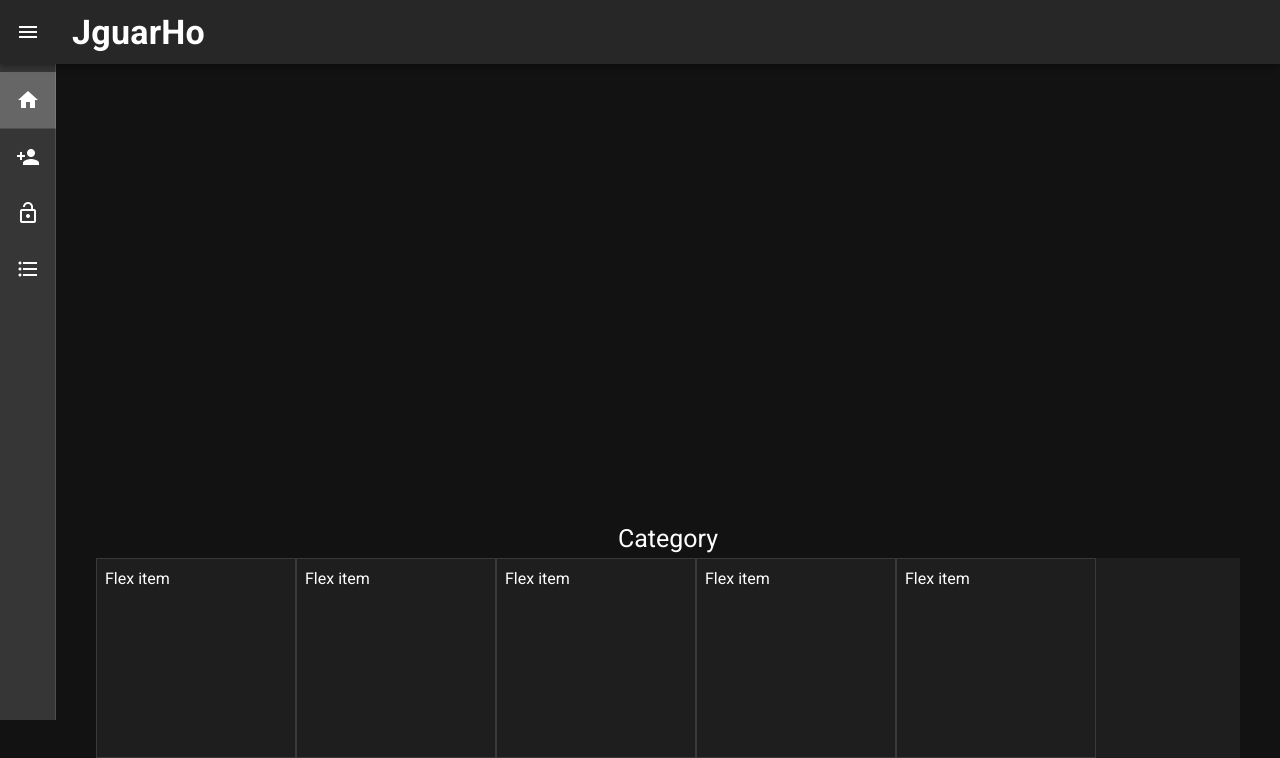
Repository: agent501/MRMS
Page: /
An editor plug-in stored every save of this project. The page is shown before and after the next save, followed by the edit.
The browser window is 1280 px wide. The pictures show the whole page.
The page's requests for data from a server got no answer. The project was rebuilt for these pictures with package versions that can differ from the ones it lists, and the page was loaded fresh each time. No one was signed in, and anything a server would have sent is missing. Also part of the build but not shown: vue.config.js, src/components/Product/products.vue, src/components/Product/product.vue, src/components/Product/createproduct.vue, src/components/User/signin.vue, src/components/User/signup.vue, src/components/User/profile.vue, src/components/Shared/Alert.vue and 2 more. Imported but missing from the stored project, and not drawn on this page: src/router/auth-guard.js.

Above is the page before, as saved 2020-08-05 11:18:53.

### src/main.js
import Vue from 'vue';
import App from './App.vue';
import router from './router';
import { store } from './store';
import alert from './components/Shared/Alert.vue';
import vuetify from './plugins/vuetify';
import { fb } from './components/firebase/firebase.js';
import * as firebase from 'firebase';
import editproductdiaglog from './components/Product/Edit/editproductdialog.vue';
import editprogressbar from './components/Product/Edit/editprogressbar.vue';

Vue.component('app-alert', alert);
Vue.component('app-edit-product', editproductdiaglog);
Vue.component('app-edit-progress', editprogressbar);

Vue.config.productionTip = false;

new Vue({
  router,
  store,
  vuetify,
  render: (h) => h(App),
  created() {
    fb;
    firebase.auth().onAuthStateChanged((user) => {
      if (user) {
        this.$store.dispatch('autosignin', user);
      }
    });
    this.$store.dispatch('loadProducts');
  },
}).$mount('#app');

### src/App.vue
<template>
  <v-app>
    <v-navigation-drawer v-model="drawer" :mini-variant.sync="mini" app clipped dense permanent>
      <v-list>
        <v-list-item to="/">
          <v-list-item-icon>
            <v-icon medium>home</v-icon>
          </v-list-item-icon>

          <v-list-item-content>
            <v-list-item-title>Home</v-list-item-title>
          </v-list-item-content>
        </v-list-item>

        <v-divider></v-divider>
        <v-list-item v-for="item in menuItems" :key="item.title" router :to="item.link">
          <v-list-item-icon>
            <v-icon medium>{{ item.icon }}</v-icon>
          </v-list-item-icon>

          <v-list-item-content>
            <v-list-item-title>{{ item.text }}</v-list-item-title>
          </v-list-item-content>
        </v-list-item>
        <v-list-item v-if="userIsAuthenticated || adminIsAuthenticated" @click="onLogout">
          <v-list-item-icon>
            <v-icon>exit_to_app</v-icon>
          </v-list-item-icon>
          <v-list-item-content>Logout</v-list-item-content>
        </v-list-item>
      </v-list>
    </v-navigation-drawer>

    <v-app-bar app clipped-left>
      <v-app-bar-nav-icon @click.stop="mini=!mini"></v-app-bar-nav-icon>
      <v-toolbar-title class="font-weight-bold display-1">
        <router-link to="/" tag="span" style="cursor:pointer">JguarHo</router-link>
      </v-toolbar-title>
    </v-app-bar>

    <!-- Page Content -->
    <v-content>
      <router-view></router-view>
    </v-content>

    <!-- <v-footer>
      <span>JguarHo &copy; Copyright Reserved</span>
    </v-footer>-->
  </v-app>
</template>

<script>
// import HelloWorld from './components/HelloWorld';

export default {
  name: 'App',

  components: {
    // HelloWorld,
  },
  props: {
    source: String
  },
  data: () => ({
    mini: true,
    drawer: true
    // items: [
    //   { icon: 'lock_open', text: 'Sign In', link: '/signin' },
    //   { icon: 'home', text: 'Home', link: '/' },
    //   { icon: 'list', text: 'All Products', link: '/products' },
    //   { icon: 'help_outline', text: 'About Us', link: '' }
    // ]
  }),
  computed: {
    menuItems() {
      let items = [
        { icon: 'person_add', text: 'Sign Up', link: '/signup' },
        { icon: 'lock_open', text: 'Sign In', link: '/signin' },

        {
          icon: 'format_list_bulleted',
          text: 'All Products',
          link: '/products'
        }
        // { icon: 'person', text: 'About Us', link: '' }
      ];
      if (this.adminIsAuthenticated) {
        items = [
          {
            icon: 'create_new_folder',
            text: 'Create Product',
            link: '/createproduct'
          },
          {
            icon: 'format_list_bulleted',
            text: 'All Products',
            link: '/products'
          },
          {
            icon: 'person',
            text: 'Profile',
            link: '/profile/' + this.adminIsAuthenticated.id
          }
        ];
      } else if (this.userIsAuthenticated) {
        items = [
          {
            icon: 'format_list_bulleted',
            text: 'All Products',
            link: '/products'
          },
          {
            icon: 'person',
            text: 'Profile',
            link: '/profile/' + this.userIsAuthenticated.id
          }
        ];
      }
      return items;
    },
    adminIsAuthenticated() {
      return (
        this.$store.getters.user !== null &&
        this.$store.getters.user !== undefined &&
        this.$store.getters.user.id === 'ktQMfIIbLQRTlySJDVzU9JbCF293' &&
        this.$store.getters.user
      );
    },
    userIsAuthenticated() {
      return (
        this.$store.getters.user !== null &&
        this.$store.getters.user !== undefined &&
        this.$store.getters.user
      );
    }
  },
  created() {
    this.$vuetify.theme.dark = true;
  },
  methods: {
    onLogout() {
      this.$store.dispatch('logout');
      this.$router.push('/');
    }
  }
};
</script>

### src/router/index.js
import Vue from 'vue';
import VueRouter from 'vue-router';
import home from '../components/Home.vue';
import products from '../components/Product/products.vue';
import product from '../components/Product/product.vue';
import createproduct from '../components/Product/createproduct.vue';
import signin from '../components/User/signin.vue';
import signup from '../components/User/signup.vue';
import profile from '../components/User/profile.vue';
import AuthGuard from '../router/auth-guard.js';

Vue.use(VueRouter);

export default new VueRouter({
  mode: 'history',
  routes: [
    { path: '/', name: 'home', component: home },
    { path: '/products', name: 'products', component: products },
    {
      path: '/createproduct',
      name: 'createproduct',
      component: createproduct,
      beforeEnter: AuthGuard,
    },
    { path: '/signin', name: 'signin', component: signin },
    { path: '/signup', name: 'signup', component: signup },
    {
      path: '/profile/:id',
      name: 'profile',
      component: profile,
      beforeEnter: AuthGuard,
    },
    {
      path: '/products/:id',
      name: 'product',
      props: true,
      component: product,
    },
  ],
});

### src/store/index.js
import Vue from 'vue';
import Vuex from 'vuex';

import product from './product';
import user from './user';
import shared from './shared';

Vue.use(Vuex);

export const store = new Vuex.Store({
  modules: {
    product: product,
    user: user,
    shared: shared,
  },
});

### src/plugins/vuetify.js
import Vue from 'vue';
import Vuetify from 'vuetify/lib';
import '@mdi/font/css/materialdesignicons.css'; //
import 'material-design-icons-iconfont/dist/material-design-icons.css';

Vue.use(Vuetify);

export default new Vuetify({
  icons: {
    iconfont: 'mdi',
  },
});

### src/components/firebase/firebase.js
import firebase from 'firebase/app';
import 'firebase/firestore';
import 'firebase/storage';

var firebaseConfig = {
  apiKey: 'AIzaSyBJdvJyA-ac-dO3JYy-4WKY7wIkma-Y1fI',
  authDomain: 'mrms-2ae69.firebaseapp.com',
  databaseURL: 'https://mrms-2ae69.firebaseio.com',
  projectId: 'mrms-2ae69',
  storageBucket: 'mrms-2ae69.appspot.com',
  messagingSenderId: '287673096935',
  appId: '1:287673096935:web:7f7f75dea0b5657353e042',
  measurementId: 'G-EKPLN37GXX',
};

export const fb = firebase.initializeApp(firebaseConfig);

### src/components/Home.vue
<template>
  <div class="mx-10" style="max-width:1800px">
    <v-layout>
      <v-flex xs12 class="text-xs-center" v-if="!loading">
        <v-progress-circular
          indeterminate
          class="primary--text"
          :width="7"
          :size="70"
          v-if="loading"
        ></v-progress-circular>
      </v-flex>
    </v-layout>

    <v-carousel
      cycle
      class="mt-4"
      height="400"
      hide-delimiters
      show-arrows-on-hover
      width="100%"
      style="cursor:pointer"
    >
      <v-carousel-item
        v-for="product in products"
        :key="product.id"
        @click="onLoadProduct(product.id)"
      >
        <div class="text-right">
          <span class="title">{{ product.name }}</span>
        </div>
        <img :src="product.featureimage" style="height: 100%; width: 100%; object-fit: contain" />
      </v-carousel-item>
    </v-carousel>

    <div>
      <div class="mt-10 text-center" style="font-size:25px">Category</div>
      <div>
        <v-card class="d-flex flex-wrap" flat tile>
          <v-card
            v-for="n in 5"
            :key="n"
            class="pa-2"
            width="200"
            height="200"
            outlined
            tile
          >Flex item</v-card>
        </v-card>
      </div>
    </div>
  </div>
</template>

<script>
export default {
  // data: () => ({
  //   images: [
  //     {
  //       src: 'https://cdn.vuetifyjs.com/images/carousel/squirrel.jpg',
  //       title: 'image1asdasdasdsadasdasdsadasdasd',
  //       id: 'asdad123'
  //     },
  //     {
  //       src: 'https://cdn.vuetifyjs.com/images/carousel/sky.jpg',
  //       title: 'image2',
  //       id: 'asdasd1223'
  //     },
  //     {
  //       src: 'https://cdn.vuetifyjs.com/images/carousel/bird.jpg',
  //       title: 'image3',
  //       id: 'asdad13223'
  //     },
  //     {
  //       src: 'https://cdn.vuetifyjs.com/images/carousel/planet.jpg',
  //       title: 'image4',
  //       id: 'asdaasd1123'
  //     }
  //   ]
  // }),
  computed: {
    products() {
      return this.$store.getters.featuredProducts;
    },
    loading() {
      return this.$store.getters.loading;
    },
  },
  methods: {
    onLoadProduct(id) {
      this.$router.push('/products/' + id);
    },
  },
};
</script>

<style scoped>
.title {
  background-color: rgba(235, 235, 235, 0.897);
  color: black;

  padding: 10px 30px;
}
</style>

### src/store/product/index.js
import * as firebase from 'firebase';

export default {
  state: {
    loadedProducts: [],
  },
  mutations: {
    createProduct(state, payload) {
      state.loadedProducts.push(payload);
    },
    setLoadedProducts(state, payload) {
      state.loadedProducts = payload;
    },
    updateProduct(state, payload) {
      const product = state.loadedProducts.find((product) => {
        return product.id === payload.id;
      });
      if (payload.name) {
        product.name = payload.name;
      }
      if (payload.description) {
        product.description = payload.description;
      }
      if (payload.earningperunit) {
        product.earningperunit = payload.earningperunit;
      }
      if (payload.investmentperunit) {
        product.investmentperunit = payload.investmentperunit;
      }
    },
    updateProgress(state, payload) {
      const product = state.loadedProducts.find((product) => {
        return product.id === payload.id;
      });
      if (payload.productprogressbar) {
        product.productprogressbar = payload.productprogressbar;
      }
    },
    deleteProduct(state, payload) {
      const registeredProducts = state.loadedProducts;
      registeredProducts.splice(
        registeredProducts.findIndex((product) => product.id === payload),
        1
      );
      // Reflect.deleteProperty(state.user.fbKeys,payload)
    },
  },
  actions: {
    loadProducts({ commit }) {
      commit('setLoading', true);
      firebase
        .database()
        .ref('products')
        .once('value')
        .then((data) => {
          const products = [];
          const obj = data.val();
          for (let key in obj) {
            products.push({
              id: key,
              name: obj[key].name,
              description: obj[key].description,
              investmentperunit: obj[key].investmentperunit,
              earningperunit: obj[key].earningperunit,
              creatorId: obj[key].creatorId,
              productimage: obj[key].productimage,
              productprogressbar: obj[key].productprogressbar,
              featureimage: obj[key].productimage[0],
            });
          }
          commit('setLoadedProducts', products);
          commit('setLoading', false);
        })
        .catch((error) => {
          console.log(error);
          commit('setLoading', true);
        });
    },
    deleteProduct({ commit }, payload) {
      const productId = payload;
      console.log(productId);
      firebase
        .database()
        .ref('products')
        .child(productId)
        .remove()
        .then(function () {
          // File deleted successfully

          console.log('success');
        })
        .catch(function (error) {
          // Uh-oh, an error occurred!
          console.log(error);
        });
      commit('deleteProduct', payload);
    },
    createProduct({ commit, getters }, payload) {
      const product = {
        name: payload.name,
        description: payload.description,
        investmentperunit: payload.investmentperunit,
        earningperunit: payload.earningperunit,
        productimage: payload.productimage,
        productprogressbar: payload.productprogressbar,
        creatorId: getters.user.id,
      };
      let key;
      firebase
        .database()
        .ref('products')
        .push(product)
        .then((data) => {
          //specific product id
          key = data.key;
          commit('createProduct', { ...product, id: key });
          // return key
        });
    },
    updateproductdata({ commit }, payload) {
      commit('loading', true);
      const updateObj = {};
      if (payload.name) {
        updateObj.name = payload.name;
      }
      if (payload.desscription) {
        updateObj.description = payload.desscription;
      }
      if (payload.earningperunit) {
        updateObj.earningperunit = payload.earningperunit;
      }
      if (payload.investmentperunit) {
        updateObj.investmentperunit = payload.investmentperunit;
      }
      firebase
        .database()
        .ref('products')
        .child(payload.id)
        .update(updateObj)
        .then(() => {
          commit('setLoading', false);
          commit('updateProduct', payload);
        })
        .catch((error) => {
          console.log(error);
          commit('setLoading', false);
        });
    },
    updateprogressdata({ commit }, payload) {
      commit('loading', true);
      const updateObj = {};
      if (payload.productprogressbar) {
        updateObj.productprogressbar = payload.productprogressbar;
      }

      firebase
        .database()
        .ref('products')
        .child(payload.id)
        .update(updateObj)
        .then(() => {
          commit('setLoading', false);
          commit('updateProgress', payload);
        })
        .catch((error) => {
          console.log(error);
          commit('setLoading', false);
        });
    },
  },
  getters: {
    loadedProducts(state) {
      return state.loadedProducts.sort((productA, productB) => {
        return productA.date > productB.date;
      });
    },
    featuredProducts(state, getters) {
      return getters.loadedProducts.slice(0, 5);
    },
    loadedProduct(state) {
      return (productId) => {
        return state.loadedProducts.find((product) => {
          return product.id === productId;
        });
      };
    },
  },
  modules: {},
};

### src/store/user/index.js
import * as firebase from 'firebase';

export default {
  state: {
    user: null,
    profile: [],
  },
  mutations: {
    setUser(state, payload) {
      state.user = payload;
    },
    setLoadedProfile(state, payload) {
      state.profile = payload;
    },
    updateProfile(state, payload) {
      const profile = state.profile;

      if (payload.name) {
        profile.name = payload.name;
      }
      if (payload.email) {
        profile.email = payload.email;
      }
      if (payload.icnumber) {
        profile.icnumber = payload.icnumber;
      }
      if (payload.phonenumber) {
        profile.phonenumber = payload.phonenumber;
      }
      if (payload.ssmimage) {
        profile.ssmimage = payload.ssmimage;
      }
    },
  },
  actions: {
    signUp({ commit }, payload) {
      // perform the mutation set loading because no matter user success sign up or not it will always display loading
      commit('setLoading', true);
      commit('clearError');
      firebase
        .auth()
        // passing the email and password fetch from the signup page and send to the firebasenpm
        .createUserWithEmailAndPassword(payload.email, payload.password)
        //if success, get the unique id from the firebase and set it on the format that is same as state
        .then((response) => {
          // set loading in the state back to false because is already succeed
          commit('setLoading', false);

          const newUser = {
            userid: response.user.uid,
            registeredProducts: [],
            fbKeys: {},
            email: payload.email,
            phonenumber: payload.phonenumber,
            icnumber: payload.icnumber,
            name: payload.name,
            ssmimage: payload.image,
          };
          let key;
          firebase
            .database()
            .ref('profiles')
            .push(newUser)
            .then((data) => {
              //specific product id
              key = data.userid;
              commit('createProfile', { ...newUser, id: key });
              // return key
            });

          commit('setUser', newUser);
        })
        // if got error
        .catch((error) => {
          // set loading in the state back to false because there's a error occur
          commit('setLoading', false);
          // perform the mutation of setError to display the error
          commit('setError', error);
          console.log(error);
        });
    },
    logIn({ commit }, payload) {
      // perform the mutation set loading because no matter user success sign in or not it will always display loading
      commit('setLoading', true);
      commit('clearError');
      firebase
        .auth()
        // sending the user email and password to the firebase for matchmaking in order to login
        .signInWithEmailAndPassword(payload.email, payload.password)
        .then((response) => {
          // set loading in the state back to false because is already succeed
          commit('setLoading', false);

          const newUser = {
            id: response.user.uid,
            registeredProducts: [],
            fbKeys: {},
          };

          firebase
            .database()
            .ref('profiles')
            .orderByChild('userid')
            .equalTo(newUser.id)
            .once('value')
            .then((data) => {
              const profile = [];
              const obj = data.val();
              for (let key in obj) {
                profile.push({
                  id: key,
                  name: obj[key].name,
                  email: obj[key].email,
                  icnumber: obj[key].icnumber,
                  phonenumber: obj[key].phonenumber,
                  userid: obj[key].userid,
                  ssmimage: obj[key].ssmimage,
                });
              }
              console.log(profile);
              commit('setLoadedProfile', profile);

              commit('setLoading', false);
            })
            .catch((error) => {
              console.log(error);
              commit('setLoading', true);
            });

          commit('setUser', newUser);
        }) // if got error
        .catch((error) => {
          // set loading in the state back to false because there's a error occur
          commit('setLoading', false);
          // perform the mutation of setError to display the error
          commit('setError', error);
          console.log(error);
        });
    },
    autosignin({ commit }, payload) {
      commit('setUser', { id: payload.uid, registeredProducts: [] });
    },
    logout({ commit }) {
      firebase.auth().signOut();
      commit('setUser', null);
    },
    updatePassword(payload) {
      var user = firebase.auth().currentUser;
      var updatepassword = payload.newpassword;
      var credential = firebase.auth.EmailAuthProvider.credential(
        payload.email,
        payload.currentpassword
      );

      user
        .reauthenticate(credential)
        .then(() => {
          user
            .updatePassword(updatepassword)
            .then(() => {
              this.dialog = true;
              console.log('update complete');
              if (this.dialog === false) {
                this.$router.push('/');
              }
            })
            .catch((error) => {
              console.log(error);
            });
        })
        .catch((error) => {
          console.log(error);
        });
    },
    updateProfileData({ commit }, payload) {
      commit('loading', true);
      const updateObj = {};
      if (payload.name) {
        updateObj.name = payload.name;
      }
      if (payload.email) {
        updateObj.email = payload.email;
      }
      if (payload.icnumber) {
        updateObj.icnumber = payload.icnumber;
      }
      if (payload.phonenumber) {
        updateObj.phonenumber = payload.phonenumber;
      }
      if (payload.ssmimage) {
        updateObj.ssmimage = payload.ssmimage;
      }
      firebase
        .database()
        .ref('profiles')
        .child(payload.id)
        .update(updateObj)
        .then(() => {
          commit('setLoading', false);
          commit('updateProfile', payload);
        })
        .catch((error) => {
          console.log(error);
          commit('setLoading', false);
        });
    },
  },
  getters: {
    user(state) {
      return state.user;
    },
  },
};

### src/store/shared/index.js
export default {
  state: {
    loading: false,
    error: null,
  },
  mutations: {
    setLoading(state, payload) {
      state.loading = payload;
    },
    // change the of status error in state
    setError(state, payload) {
      state.error = payload;
    },
    // change the status of error back to null
    clearError(state) {
      state.error = null;
    },
  },
  actions: {
    clearError({ commit }) {
      commit('clearError');
    },
  },
  getters: {
    error(state) {
      return state.error;
    },
    loading(state) {
      return state.loading;
    },
  },
};

Loaded but not shown: public/index.html (common file)

After the next save:
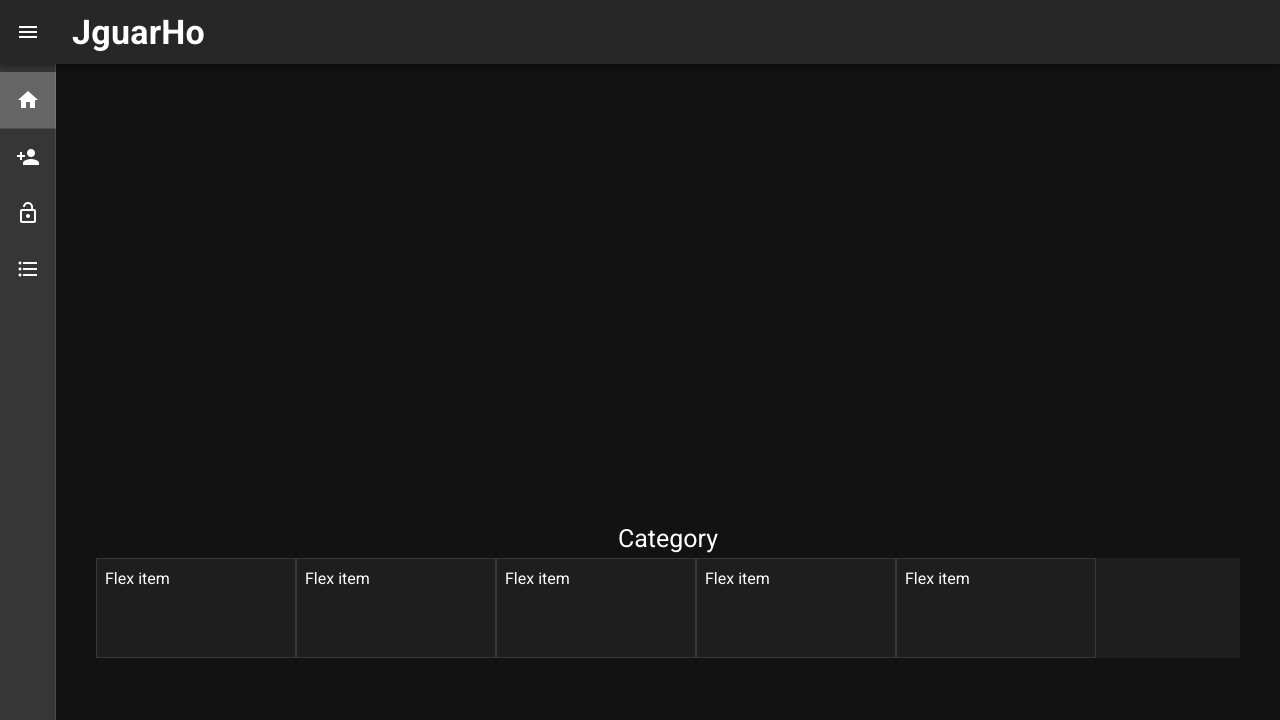
Saved 9 s later.
--- a/src/components/Home.vue
+++ b/src/components/Home.vue
@@ -42,7 +42,7 @@
             :key="n"
             class="pa-2"
             width="200"
-            height="200"
+            height="100"
             outlined
             tile
           >Flex item</v-card>
